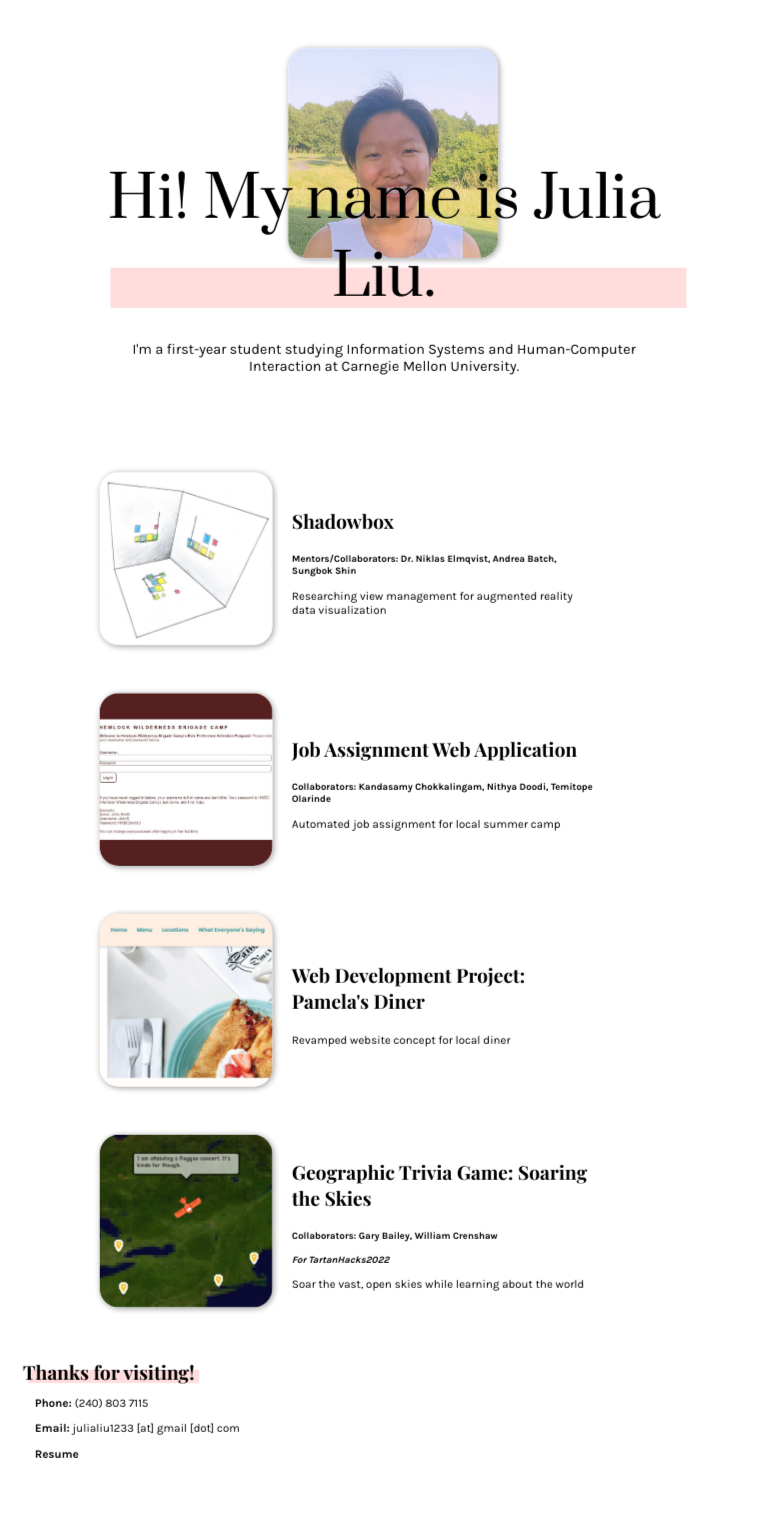
Repository: liu-julia/liu-julia.github.io
Page: index.html
These files come from the project's save history. The page is drawn as it stood at one moment and after the next save; the edit follows.
The browser window is 1280 px wide. The pictures show the whole page, at 60% of full size.

Above is the page before, as saved 2022-04-28 12:31:08.

### index.html
<!DOCTYPE html>
<html lang="en">
<head>
    <meta charset="UTF-8">
    <meta http-equiv="X-UA-Compatible" content="IE=edge">
    <meta name="viewport" content="width=device-width, initial-scale=1.0">
    <link rel="preconnect" href="https://fonts.googleapis.com">
    <link rel="preconnect" href="https://fonts.gstatic.com" crossorigin>
    <link href="https://fonts.googleapis.com/css2?family=Karla:wght@300;400;700&family=Open+Sans:wght@300;400;700&family=Playfair+Display:wght@400;700&family=Prata&display=swap" rel="stylesheet">
    <link rel="stylesheet" href="css/styles.css">
    <link rel="icon" href="images/jllogo.png">
    <script src="js/scripts.js"></script>
    <title>Julia Liu</title>
</head>
<body>
    <header id="topbar">
        <img id="logo" src="images/jllogo.png" alt="JL logo">
        <div id="navbar">
            <a class="highlighted" href="index.html">Projects</a>
            <a class="hl_hover" href="about.html">About</a>
            <a class="hl_hover" href="contact.html">Contact</a>
        </div>
    </header>
    <div id="content">
        <div id="top">
            <img id="face" src="images/IMG_20210707_193435_832.jpg" alt="Julia Liu">
            <h1 class="highlighted">Hi! My name is Julia Liu.</h1>
            <p id="head_desc">I'm a first-year student studying Information Systems and Human-Computer Interaction at Carnegie Mellon University.</p>
        </div>
        <br>
        <div class="project">
            <img src="images/shadowbox.jpg" alt="Shadowbox">
            <div class="project-text">
                <h3><a href="https://liu-julia.notion.site/Shadowbox-206a5c5eea2a42a292b238f68e84f78f">Shadowbox</a></h3>
                <h4>Mentors/Collaborators: Dr. Niklas Elmqvist, Andrea Batch, Sungbok Shin</h4>
                <p>Researching view management for augmented reality data visualization</p>
            </div>
        </div>
        <div class="project">
            <img src="images/camp.jpg" alt="Hemlock Wilderness Brigade Camp website">
            <div class="project-text">
                <h3><a href="https://liu-julia.notion.site/Job-Assignment-Web-App-bd26f317785b4564853cad5746690a5f">Job Assignment Web Application</a></h3>
                <h4>Collaborators: Kandasamy Chokkalingam, Nithya Doodi, Temitope Olarinde</h4>
                <p>Automated job assignment for local summer camp</p>
            </div>
        </div>
        <div class="project">
            <img src="images/pamelas1.jpg" alt="Pamela's Diner website">
            <div class="project-text">
                <h3><a href="https://liu-julia.notion.site/Web-Development-Project-Pamela-s-Diner-67d99581677243809cbfb3ee69a6fb9d">Web Development Project: Pamela's Diner</a></h3>
                <p>Revamped website concept for local diner</p>
            </div>
        </div>
        <div class="project">
            <img src="images/soaringtheskies.jpg" alt="Soaring the Skies - 2D airplane game">
            <div class="project-text">
                <h3><a href="https://github.com/liu-julia/TartanHacks2022">Geographic Trivia Game: Soaring the Skies</a></h3>
                <h4>Collaborators: Gary Bailey, William Crenshaw</h4>
                <h4><i>For TartanHacks2022</i></h4>
                <p>Soar the vast, open skies while learning about the world</p>
            </div>
        </div>
        <br>
        <!--<h3 id="construction">More coming soon</h3>-->
        <div id="foot">
            <h3 class="highlighted">Thanks for visiting!</h3>
            <div>
                <p><b>Phone: </b> (240) 803 7115</p>
                <p><b>Email: </b> juli<!--anti spam-->aliu1233 <!--anti spam--> [at] gmai<!--anti spam-->l [dot] com</p>
                <a href="JuliaLiu.pdf"><b>Resume</b></a>
            </div>
        </div>
    </div>
</body>
</html>

### css/styles.css
:root {
    font-family: 'Karla', sans-serif;
}
html {
    height: 100%;
}
header {
    position: fixed;
    top: 0;
    left: 0;
    right: 0;
    width: 100%;
    height: 60px;
    background-color: white;
    z-index: 1;
    box-shadow: 0 0 10px #FFFFFF;
    transition: top .2s;
}
#logo {
    width: 25px;
    height: 35px;
    padding: 13px;
}
#navbar {
    float: right;
}
#navbar a {
    position: relative;
    top: 10px;
    margin-right: 25px;
    align-self: center;
    color: black;
}
body {
    height: 100%;
}
#content {
    height: 100%;
}
h1 {
    font-family: 'Prata', serif;
    font-weight: 400;
    font-size: 6em;
}
#top {
    height: 100%;
}
h1{
    position: absolute;
    bottom: 12rem;
    left: 1rem;
    right: 1rem;
    text-align: center;
    margin: auto;
    width: 75%;
}
h1.highlighted::before {
    content: "";
    position: absolute;
    width: 100%;
    background: #ffdddd;
    left: .25em;
    bottom: .15em;
    height: .7em;
    z-index: -1;
    animation: highlightAnimation ease 3s;
    animation-iteration-count: 1;
    animation-fill-mode: forwards;
}

@keyframes highlightAnimation {
    0% {
        transform: scaleX(0);
        transform-origin: left;
    }
    100% {
        transform: scaleX(1);
        transform-origin: left;
     }
}

#navbar a.highlighted::before {
    content: "";
    position: absolute;
    width: 100%;
    background: #ffdddd;
    left: .25em;
    bottom: .05em;
    height: .7em;
    z-index: -1;
}
.hl_hover::before {
    content: "";
    position: absolute;
    width: 100%;
    background: #ffdddd;
    left: .25em;
    bottom: .05em;
    height: .7em;
    z-index: -1;
    transition: transform 0.5s;
    transform: scaleX(0);
    transform-origin: right;
}
.hl_hover:hover::before {
    transform: scaleX(1);
    transform-origin: left;
}
h2 {
    font-family: 'Playfair Display', serif;
    font-size: 3em;
}
h3 {
    font-family: 'Playfair Display', serif;
    font-size: 2em;

}
h3.highlighted::before {
    content: "";
    position: absolute;
    width: 100%;
    background: #ffdddd;
    left: .25em;
    bottom: .05em;
    height: .7em;
    z-index: -1;
}
#navbar a {
    font-family: 'Playfair Display', serif;
    font-size: 1.5em;
    font-weight: 700;
    text-decoration: none;
}
p {
    font-size: 1.2rem;
}
#head_desc {
    font-size: 1.5em;
    font-weight: 400;
    position: absolute;
    bottom: 6rem;
    width: 90%;
    left: 1rem;
    right: 1rem;
    text-align: center;
    margin: auto;
    width: 75%;
}
.project {
    display: flex;
    align-items: center;
}
#face {
    position: absolute;
    width: 350px;
    height: 350px;
    top: 5rem;
    left: 30rem;
    right: 30rem;
    border-radius: 2em;
    margin: auto;
    box-shadow: 2px 2px 10px #00000066;
}
#foot {
    padding-left: 30px;
    position: absolute;
    width: 90%;
    height: 40%;
}
#foot h3.highlighted {
    position: absolute;
    bottom: 65%;
}
#foot div {
    position: absolute;
    bottom: 25%;
    padding: 20px;
}
a {
    color: black;
    text-decoration: underline;
    text-decoration-color: #ffb4b400;
    transition: text-decoration ease-in .2s;
}
#foot a {
    font-size: 1.2rem;
}
a:hover {
    text-decoration-color: #ffb4b4;
}
#construction {
    height: 100%;
}

body {
    animation: fadeInAnimation ease 2s;
    animation-iteration-count: 1;
    animation-fill-mode: forwards;
}

@keyframes fadeInAnimation {
    0% {
        opacity: 0;
    }
    100% {
        opacity: 1;
     }
}
.project {
    width: 80%;
    display: flex;
    margin: auto;
    height: 40%;
    padding: 2.5rem;
}
.project img {
    max-width: 40%;
    max-height: 100%;
    box-shadow: 2px 2px 10px #00000066;
    border-radius: 2rem;
    margin: 2em;
}
.project-text {
    width: 50%;
}

### js/scripts.js
var prevScrollpos = window.pageYOffset;
window.onscroll = function() {
  var currentScrollPos = window.pageYOffset;
  if (prevScrollpos > currentScrollPos) {
    document.getElementById("topbar").style.top = "0";
  } else {
    document.getElementById("topbar").style.top = "-70px";
  }
  prevScrollpos = currentScrollPos;
}

After the next save:
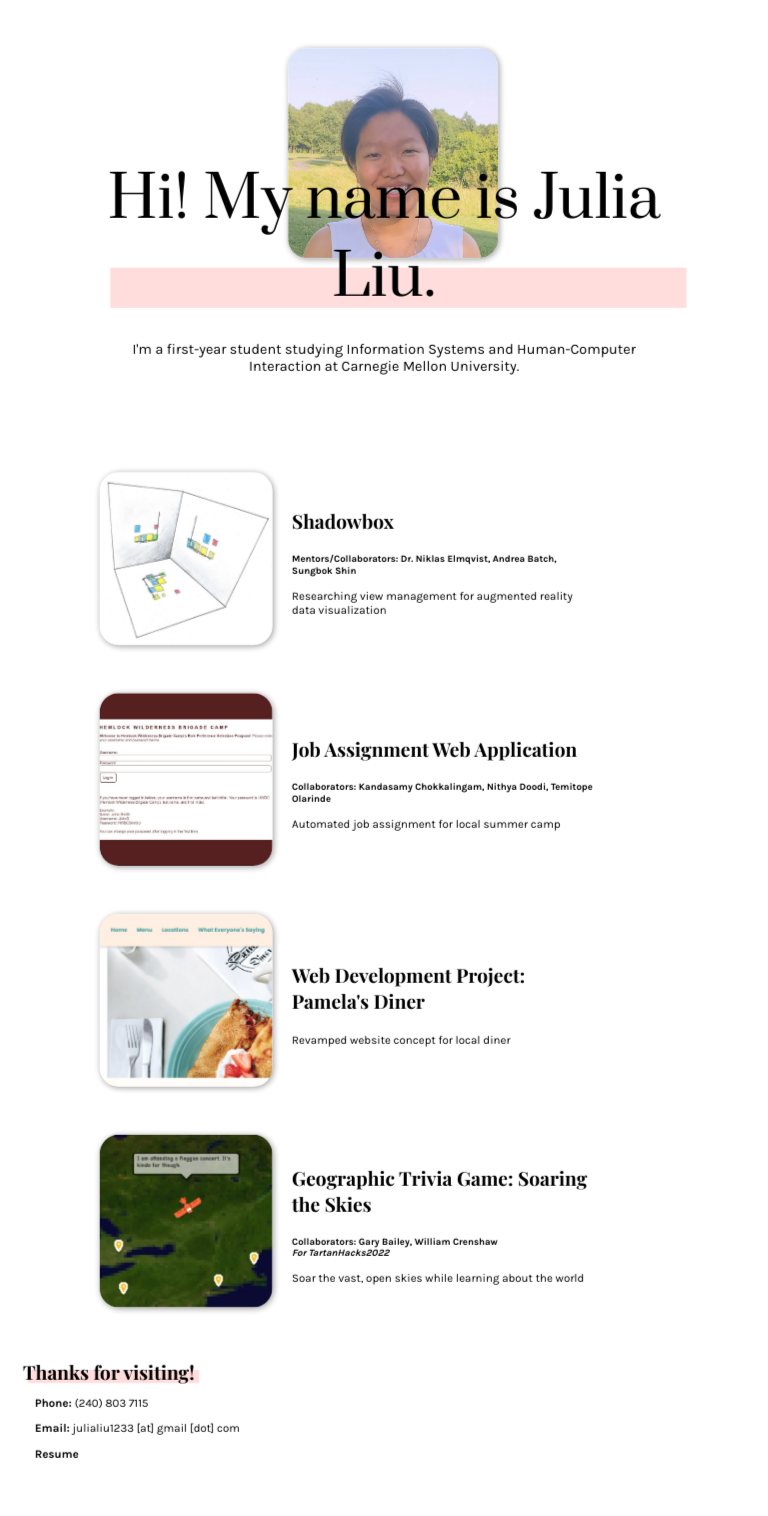
Saved 15 s later.
--- a/index.html
+++ b/index.html
@@ -55,8 +55,7 @@
             <img src="images/soaringtheskies.jpg" alt="Soaring the Skies - 2D airplane game">
             <div class="project-text">
                 <h3><a href="https://github.com/liu-julia/TartanHacks2022">Geographic Trivia Game: Soaring the Skies</a></h3>
-                <h4>Collaborators: Gary Bailey, William Crenshaw</h4>
-                <h4><i>For TartanHacks2022</i></h4>
+                <h4>Collaborators: Gary Bailey, William Crenshaw<br><i>For TartanHacks2022</i></h4>
                 <p>Soar the vast, open skies while learning about the world</p>
             </div>
         </div>

After the save that followed:
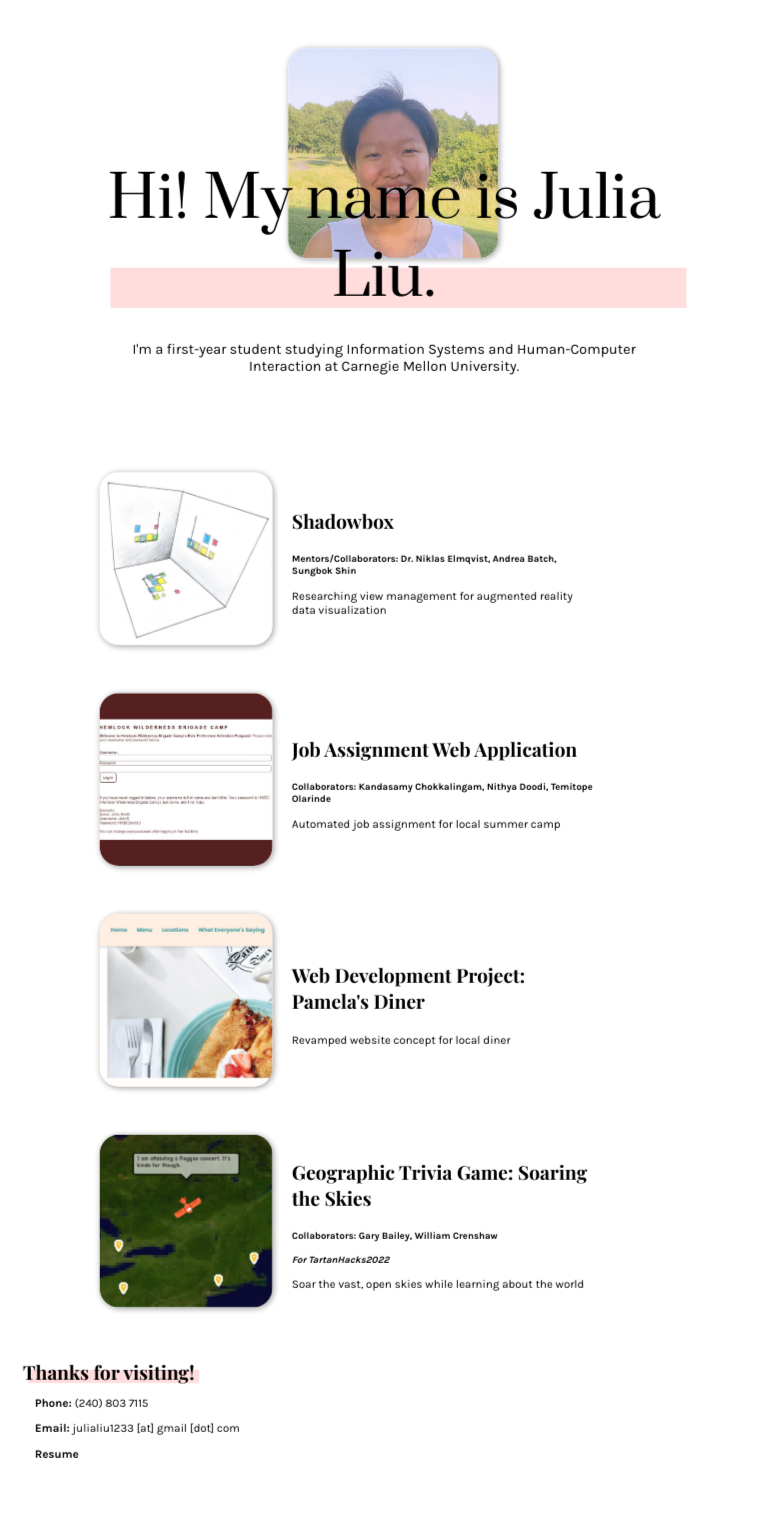
Saved 11 s later.
--- a/index.html
+++ b/index.html
@@ -55,7 +55,8 @@
             <img src="images/soaringtheskies.jpg" alt="Soaring the Skies - 2D airplane game">
             <div class="project-text">
                 <h3><a href="https://github.com/liu-julia/TartanHacks2022">Geographic Trivia Game: Soaring the Skies</a></h3>
-                <h4>Collaborators: Gary Bailey, William Crenshaw<br><i>For TartanHacks2022</i></h4>
+                <h4>Collaborators: Gary Bailey, William Crenshaw</h4>
+                <h4><i>For TartanHacks2022</i></h4>
                 <p>Soar the vast, open skies while learning about the world</p>
             </div>
         </div>
